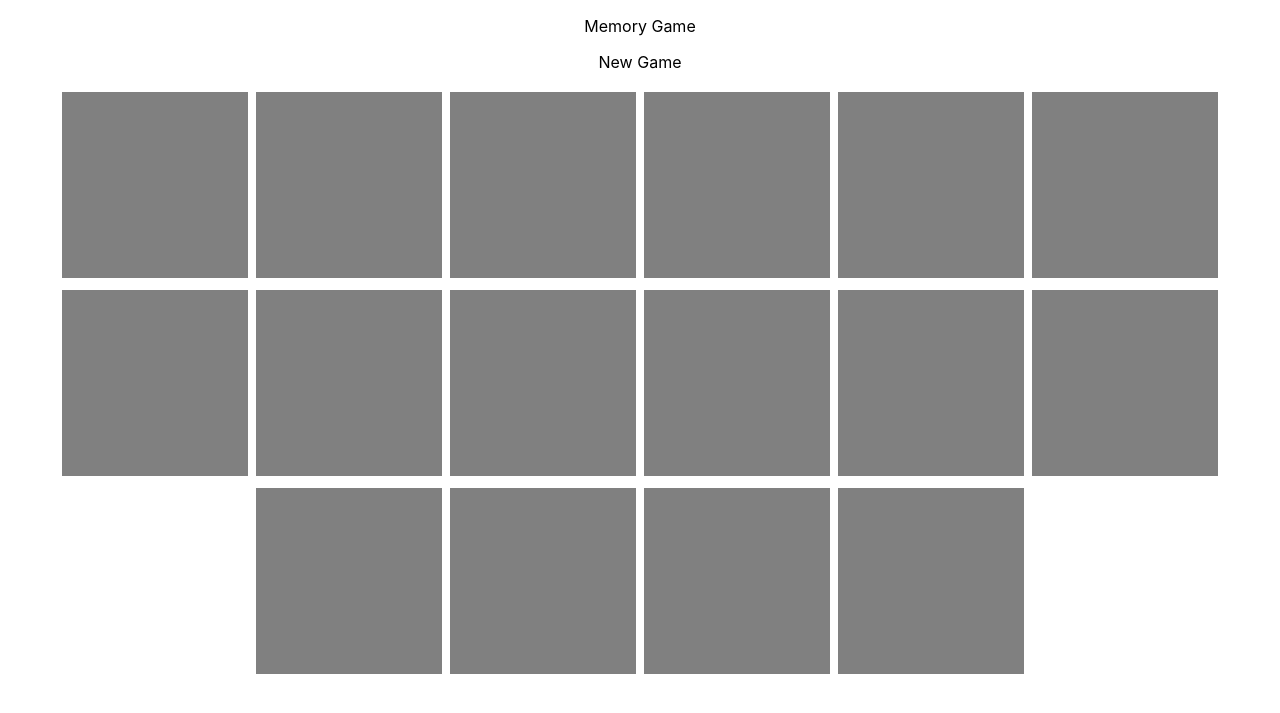
Repository: sokafootball/memory_game
Page: /
These files come from the project's save history. The page is drawn as it stood at one moment and after the next save; the edit follows.
The browser window is 1280 px wide. The pictures show the whole page.
The project was rebuilt for these pictures with package versions that can differ from the ones it lists, and the page was loaded fresh each time. Also part of the build but not shown: src/Game.js, src/Navbar.css.

Above is the page before, as saved 2019-01-21 10:49:03.

### src/App.js
import React, { Component } from 'react';
import './App.css';
import {Game} from './Game'
import {Navbar} from './Navbar'

class App extends Component {
  constructor(props) {
    super(props)
    this.state = {
      cards: [
        {id: 0, color: 'red', status: 'hidden'},
        {id: 1, color: 'red', status: 'hidden'},
        {id: 2, color: 'blue', status: 'hidden'},
        {id: 3, color: 'blue', status: 'hidden'},
        {id: 4, color: 'yellow', status: 'hidden'},
        {id: 5, color: 'yellow', status: 'hidden'},
        {id: 6, color: 'black', status: 'hidden'},
        {id: 7, color: 'black', status: 'hidden'},
        {id: 8, color: 'pink', status: 'hidden'},
        {id: 9, color: 'pink', status: 'hidden'},
        {id: 10, color: 'green', status: 'hidden'},
        {id: 11, color: 'green', status: 'hidden'},
        {id: 12, color: 'orange', status: 'hidden'},
        {id: 13, color: 'orange', status: 'hidden'},
        {id: 14, color: 'purple', status: 'hidden'},
        {id: 15, color: 'purple', status: 'hidden'}
      ],
      showingCards: 0
    }
    this.handleCardClick = this.handleCardClick.bind(this)
    this.countShowingCards = this.countShowingCards.bind(this)
    this.showCard = this.showCard.bind(this)
    this.compareCards = this.compareCards.bind(this)
  }

  countShowingCards = () => {
    console.log('countShowingCards called')
    let showingCards = 0
    this.state.cards.forEach(card => {if(card.status === 'showing')showingCards++})
    this.setState({showingCards}, () => {
      console.log(this.state.showingCards)
      if(this.state.showingCards === 2){
        this.compareCards()
      }
    })
  }

  showCard = (clickedCard, id) => {
    console.log('showCard called')
    if(clickedCard.status === 'hidden' && this.state.showingCards < 2){
      clickedCard.status = 'showing'
      let newCards = this.state.cards.slice()
      newCards = newCards.map(card => (card.id === id ? clickedCard : card))
      this.setState({cards: newCards}, this.countShowingCards)
      }
    }

  handleCardClick = (id) => {
    console.log('button clicked')
    const clickedCard = this.state.cards.filter((card) => card.id === id)[0]
    this.showCard(clickedCard, id)
  }

  compareCards = () => {
    console.log('compareCards called')
    let comparedCards = this.state.cards.filter((card) => card.status === 'showing')
    const isMatch = comparedCards[0].color === comparedCards[1].color
    comparedCards.forEach(card => {isMatch ? card.status = 'matched' : card.status = 'hidden'})
    let newCards = this.state.cards.slice()
    newCards = newCards.map(newCard => {
      if(comparedCards.some(card => card.id === newCard.id)){
        isMatch ? newCard.status = 'matched' : newCard.status = 'hidden'
      }
      return newCard
    })
    this.setState({newCards, showingCards:0})
  }

    //if there is another showing card
        //if they match
          //change their status to matched
          //if all cards match
            //game is won
        //if they do not match
          //change their status to hidden
  render() {
    return (
      <div className="App">
        <Navbar />
        <Game cards={this.state.cards} handleCardClick={this.handleCardClick}/>
      </div>
    );
  }
}





export default App;

### src/Navbar.js
import React, {Component} from 'react'
import './Navbar.css'

class Navbar extends Component{

  render () {
    return (
      <div className='mainBar'>
        <p>Memory Game</p>
        <p>New Game</p>
      </div>
    )
  }
}

export {Navbar}

### src/Card.js
import React from 'react'
import PropTypes from 'prop-types'
import './Card.css'

const Card = (props) => {

if(props.status !== 'hidden'){
  var style = {
    backgroundColor: props.color
  }
}

  return (
    <div className="card" style={style}></div>
  )
}

Card.defaultProps = {
  color: 'grey'
}

Card.propTypes = {
  color: PropTypes.string
}

export {Card}

### src/Card.css
.card {
  margin: 4px;
  width: 180px;
  height: 180px;
  display: inline-block;
  background: grey;
  padding: 3px;
}

Loaded but not shown: public/index.html (common file); src/index.js (common file); src/index.css (common file); src/serviceWorker.js (common file); src/App.css (common file)

After the next save:
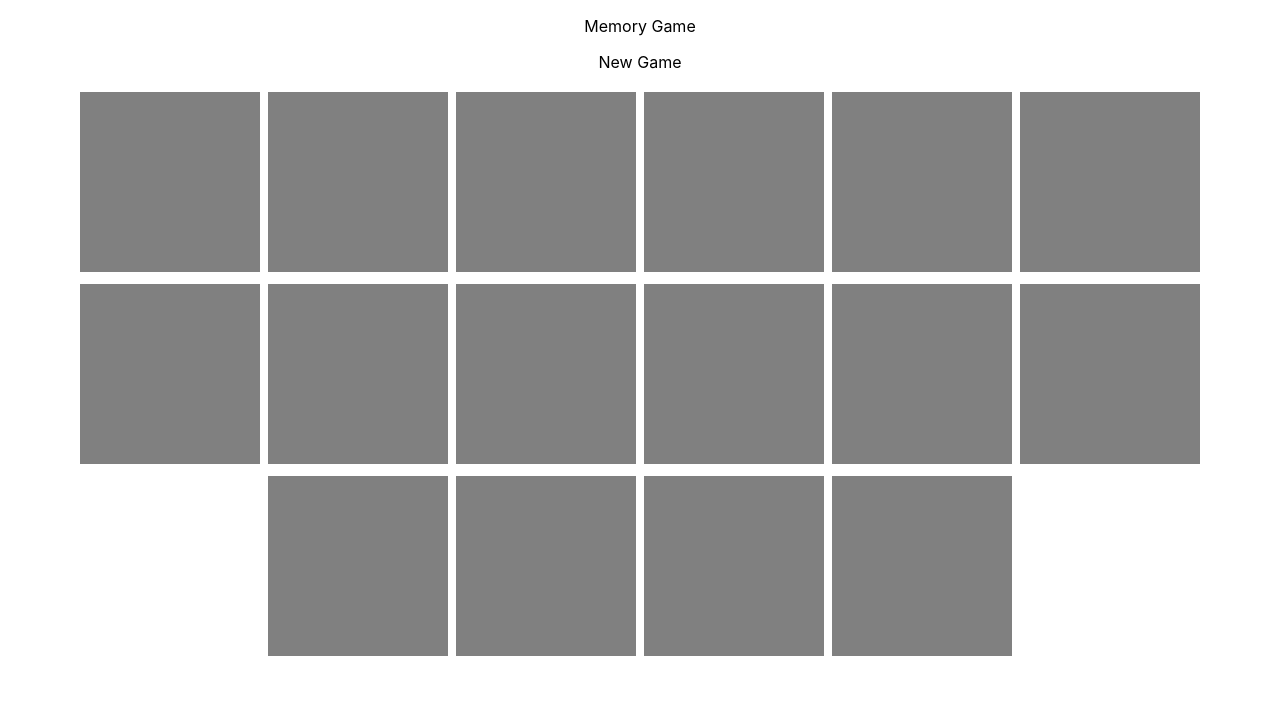
Saved 14 s later.
--- a/src/Card.css
+++ b/src/Card.css
@@ -4,5 +4,4 @@
   height: 180px;
   display: inline-block;
   background: grey;
-  padding: 3px;
 }
